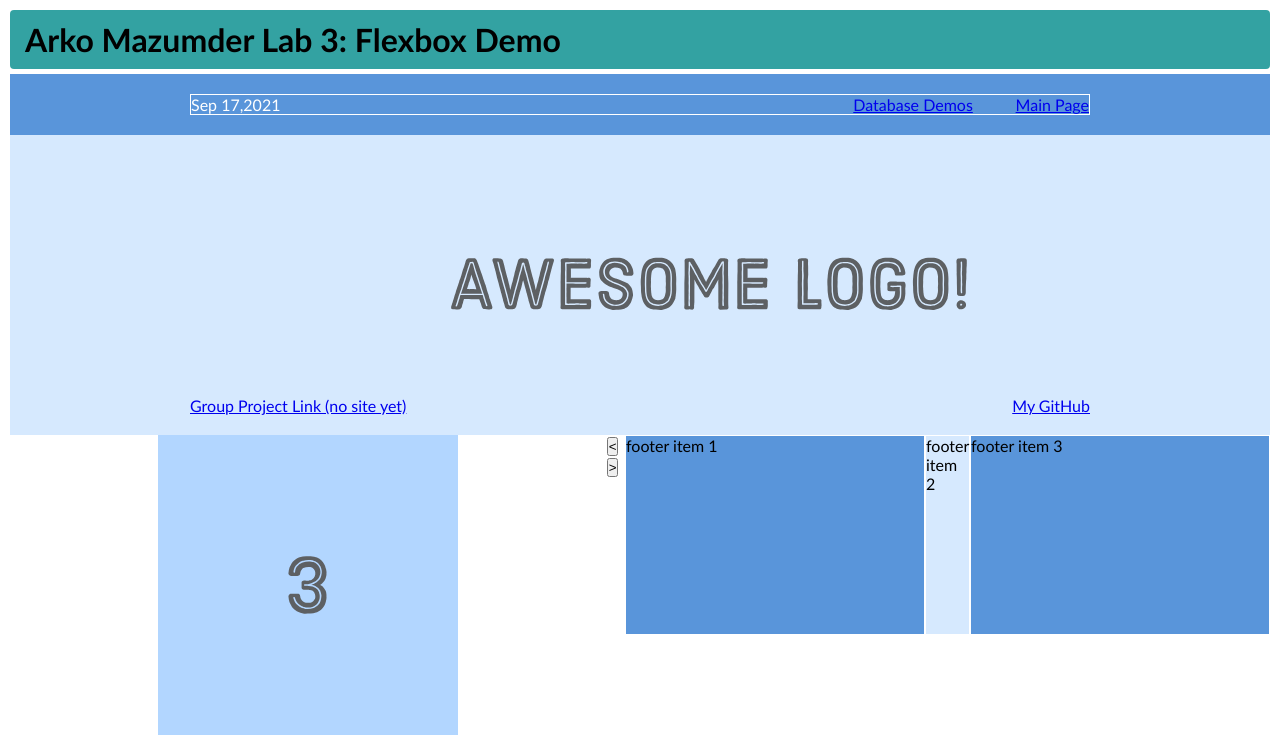
Repository: arkomz/INST377-Lab-Work
Page: client/lab_4/index.html
These files come from the project's save history. The page is drawn as it stood at one moment and after the next save; the edit follows.
The browser window is 1280 px wide. The pictures show the whole page.

Above is the page before, as saved 2021-09-26 21:41:54.

### client/lab_4/index.html
<!DOCTYPE html>
<html lang='en'>
  <head>
    <meta charset='UTF-8'/>
    <meta name = 'viewport'
    content='width=device-width, initial-scale=1.0, maximum-scale=0.5' />
    <title>Arko Mazumder</title>
    <link rel='stylesheet' href='styles.css'/>
  </head>
  <body>

    <div class = 'wrapper'>
    <h1 class='title'> Arko Mazumder Lab 3: Flexbox Demo</h1>
    <div class='menu-container'>
      <div class='menu'>
        <div class='date'>Sep 17,2021</div>

        <div class='signup'> <a href = 'data.html'> Database Demos</a> </div>
        <div class='login'> <a href = 'index.html'> Main Page</a> </div>

      </div>
      </div>

      <div class='header-container'>
            <div class='header'>
            <div class='subscribe'> <a href =  "https://INST377Group4.com"> Group Project Link (no site yet)</a></div>
            <div class='logo'><img src='images/awesome-logo.svg'/></div>
            <div class='social'> <a href = "https://github.com/arkomz"> My GitHub </a> </div>
          </div>
        </div>

    <div class='photo-grid-container'>
              <div class='photo-grid'>
                <div class="carousel">
                <div class="carousel__item carousel__item--visible">
                    <img src='images/three.svg'/>
                  </div>
                <div class='carousel__item'>
                    <img src='images/two.svg'/>
                  </div>
                <div class='carousel__item'>
                    <img src='images/five.svg'/>
                  </div>
                <div class='carousel__item'>
                  <img src='images/one.svg'/>
                </div>
                <div class='carousel__item'>
                  <img src='images/four.svg'/>
                </div>
              </div>
            </div>

    <div class="carousel__actions">
        <button id="carousel__button--prev" aria-label="Previous slide"><</button>
        <button id="carousel__button--next" aria-label="Next slide">></button>
        </div>




            <div class='footer'>
            <div class='footer-item Footer One footer-one'> footer item 1</div>
            <div class='footer-item footer-two'> footer item 2</div>
            <div class='footer-item footer-three'> footer item 3</div>
          </div>

    </div>
  </body>

### client/lab_4/styles.css
* {
    margin: 0;
    padding: 0;
    box-sizing: border-box;
  }

  .wrapper {
    display:flex;
    flex-direction: column;
    font-family: ‘Segoe UI’, Candara, ‘Bitstream Vera Sans’, ‘DejaVu Sans’, ‘Bitsream Vera Sans’, ‘Trebuchet MS’, Verdana, ‘Verdana Ref’, sans-serif;
    margin:10px;
  }


  .title{
    display: inline-block;
    background-color: rgba(0,139, 139,0.8);
    border-radius: 4px;
    padding: 10px 15px;
    margin: 0;
    margin-bottom: 5px;
  }

  .menu-container {
    color: #fff;
    background-color: #5995DA;  /* Blue */
    padding: 20px 0;
    display: flex;
    justify-content: center;
  }

  .menu {
    border: 1px solid #fff;
    width: 900px;
    display: flex;
    justify-content: space-between;
  }

  .links {
    border: 1px solid #fff;  /* For debugging */
    display: flex;
    justify-content: flex-end;
  }

  .login {
    margin-left: 20px;
  }

  .header-container {
    color: #5995DA;
    background-color: #D6E9FE;
    display: flex;
    justify-content: center;
  }

  .header {
    width: 900px;
    height: 300px;
    display: flex;
    justify-content: space-between;
    align-items: center;
  }

  .photo-grid-container {
    display: flex;
    justify-content: center;
  }

  .photo-grid {
    width: 900px;
    display: flex;
    justify-content: center;
    flex-wrap: wrap;
    flex-direction: row;
    align-items: center;
  }

  .photo-grid-item {
    border: 1px solid #fff;
    width: 300px;
    height: 300px;
  }

  .first-item {
    order: 1;
  }

  .last-item {
    order: -1;
  }

  .social,
  .subscribe {
    align-self: flex-end;
    margin-bottom: 20px;
    }

    .footer {
        display: flex;
        justify-content: space-between;
      }

  .footer-item {
    border: 1px solid #fff;
    background-color: #D6E9FE;
    height: 200px;
    flex: 1;
  }

  .footer-three {
    flex: 2;
  }

  .footer-one,
  .footer-three {
    background-color: #5995DA;
    flex: initial;
    width: 300px;
  }

  .signup {
    margin-left: 550px;
  }

  .carousel {
    overflow: hidden;
    max-width: 600px;
    position: relative;
  }

  .carousel .carousel__item,
  .carousel .carousel__item--hidden {
    display: none;
  }

  .carousel .carousel__item img {
    width: 100%;
    max-width: 600px;
    height: auto;
  }

  .carousel .carousel__item--visible {
    display: block;
    animation: fadeVisibility 0.5s;
  }

  .carousel .carousel__actions {
    display: flex;
    width: 100%;
    justify-content: space-between;
    position: absolute;
    top: 50%;
    transform: translateY(-50%);
  }

  .carousel .carousel__actions button {
    border-radius: 50px;
    border: 0;
    font-weight: bold;
    cursor: pointer;
    width: 40px;
    height: 40px;
  }

  .carousel .carousel__actions button#carousel__button--prev {
    margin-left: 20px;
  }

  .carousel .carousel__actions button#carousel__button--next {
    margin-right: 20px;
  }

  @keyframes fadeVisibility {
    0% {
      opacity: 0;
    }
    100% {
      opacity: 1;
      transform: opacity linear;
    }
  }

After the next save:
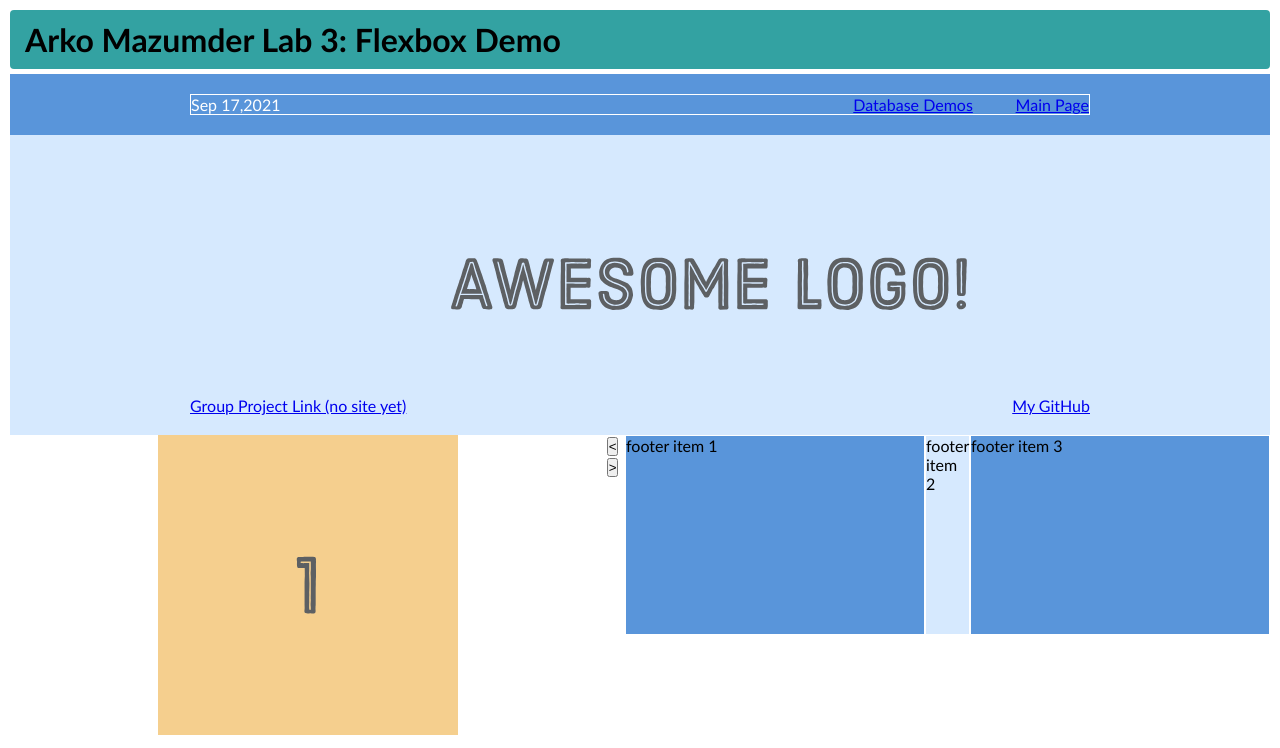
Saved 38 s later.
--- a/client/lab_4/index.html
+++ b/client/lab_4/index.html
@@ -33,19 +33,19 @@
               <div class='photo-grid'>
                 <div class="carousel">
                 <div class="carousel__item carousel__item--visible">
-                    <img src='images/three.svg'/>
+                    <img src='images/one.svg'/>
                   </div>
                 <div class='carousel__item'>
                     <img src='images/two.svg'/>
                   </div>
                 <div class='carousel__item'>
-                    <img src='images/five.svg'/>
+                    <img src='images/three.svg'/>
                   </div>
                 <div class='carousel__item'>
-                  <img src='images/one.svg'/>
+                  <img src='images/four.svg'/>
                 </div>
                 <div class='carousel__item'>
-                  <img src='images/four.svg'/>
+                  <img src='images/five.svg'/>
                 </div>
               </div>
             </div>
